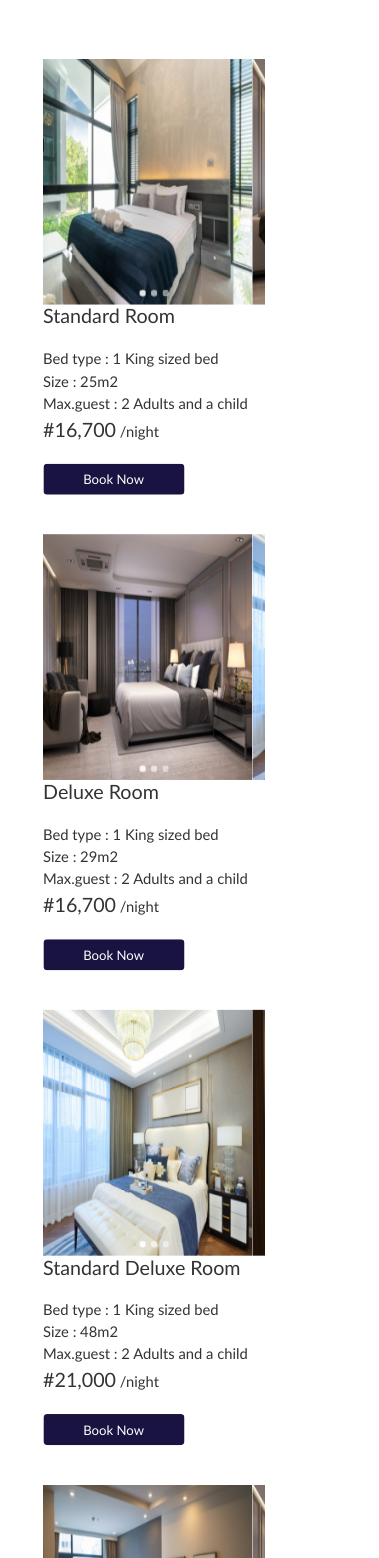
Repository: Syfon01/hotel-website
Page: index.html
The author's editor kept a copy of each file at every save. The page is drawn from the files as they stood at one save, then again after a run of saves.
The browser window is 375 px wide. The page is 462 px wide, so the pictures cover 462 px, including what lies to the right of the window. The pictures show the part of the page from y = 497 to 2397 px (the page is 3822 px tall before and 3922 px after), at 82% of full size.
Pictures or frames that could not be fetched are drawn as grey boxes.

Above is the page before, as saved 2020-06-09 18:28:39.

After the next 3 saves:
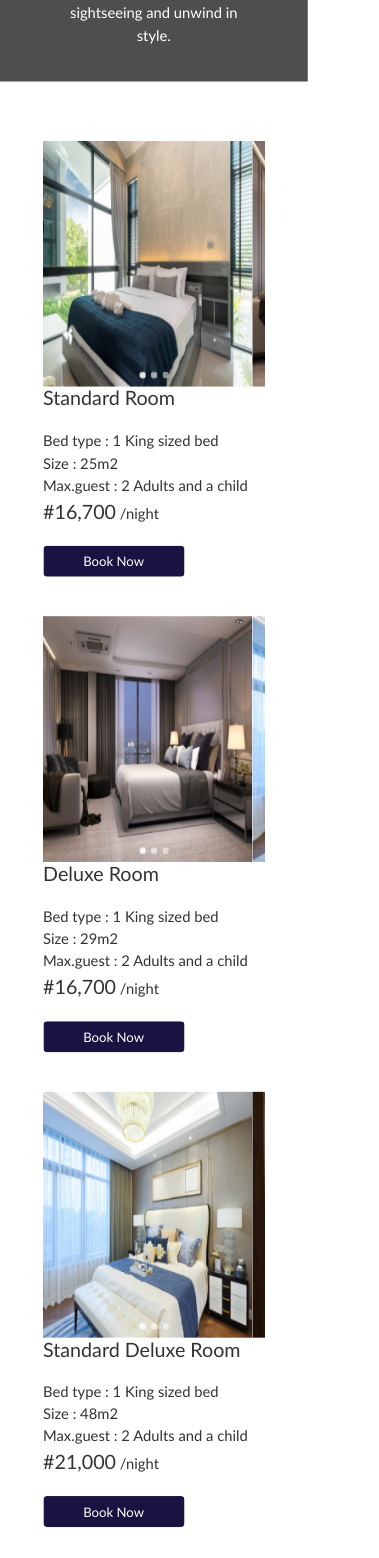
The 3 saves are shown as one change because they came seconds apart.
The last was saved 9 s later.
--- a/room.css
+++ b/room.css
@@ -64,6 +64,6 @@ p{
 }
 @media screen and (min-width: 300px) and (max-width: 420px){
   .cont-head{
-
+    min-height: 500px;
   }
 }
